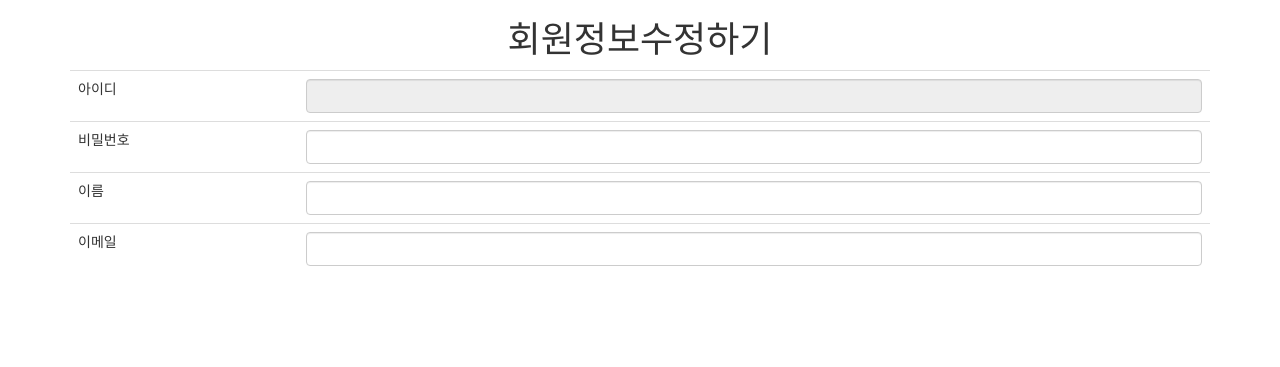
Repository: juhee1020/studying
Page: http://localhost/jsp02_database/jsp01_connect/jsp02_updateMember.jsp
The author's editor kept a copy of each file at every save. The page is drawn from the files as they stood at one save, then again after the next save.
The browser window is 1280 px wide. The pictures show the whole page.
The page is served by Tomcat 9.

Above is the page before, as saved 2022-12-15 00:47:39.

After the next save:
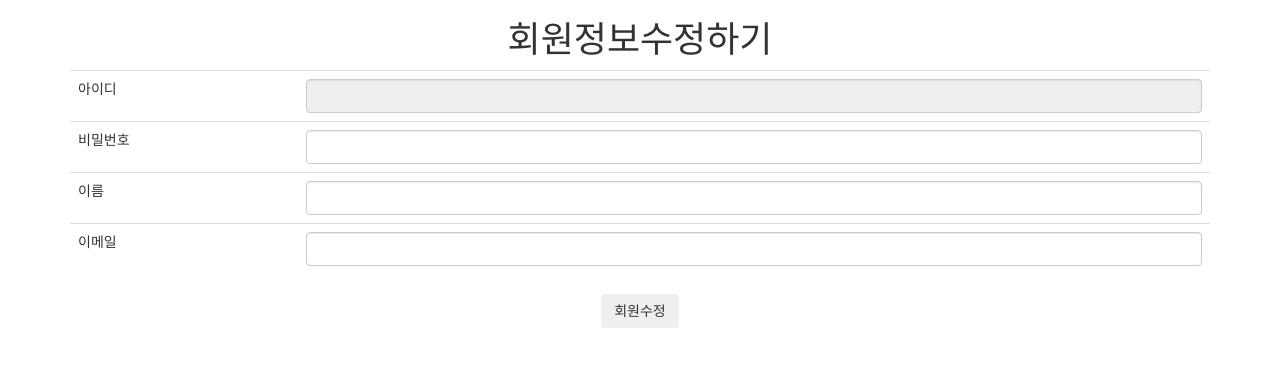
Saved 40 s later.
--- a/JSP/jsp02_database/WebContent/jsp01_connect/jsp02_updateMember.jsp
+++ b/JSP/jsp02_database/WebContent/jsp01_connect/jsp02_updateMember.jsp
@@ -37,6 +37,7 @@
 			</tr>
 		</table>
 		<input type="hidden" name="id" value="<%=id%>"/>
+		<input type="submit" class="btn btn-into mt-sm-2" value="회원수정"/>
 		<!-- id값도 넘어가야해서 값이 넘겨지도록 아이디 하나 더 정의 위에 disabled는 안넘어감 -->
 	</div>
 </body>
